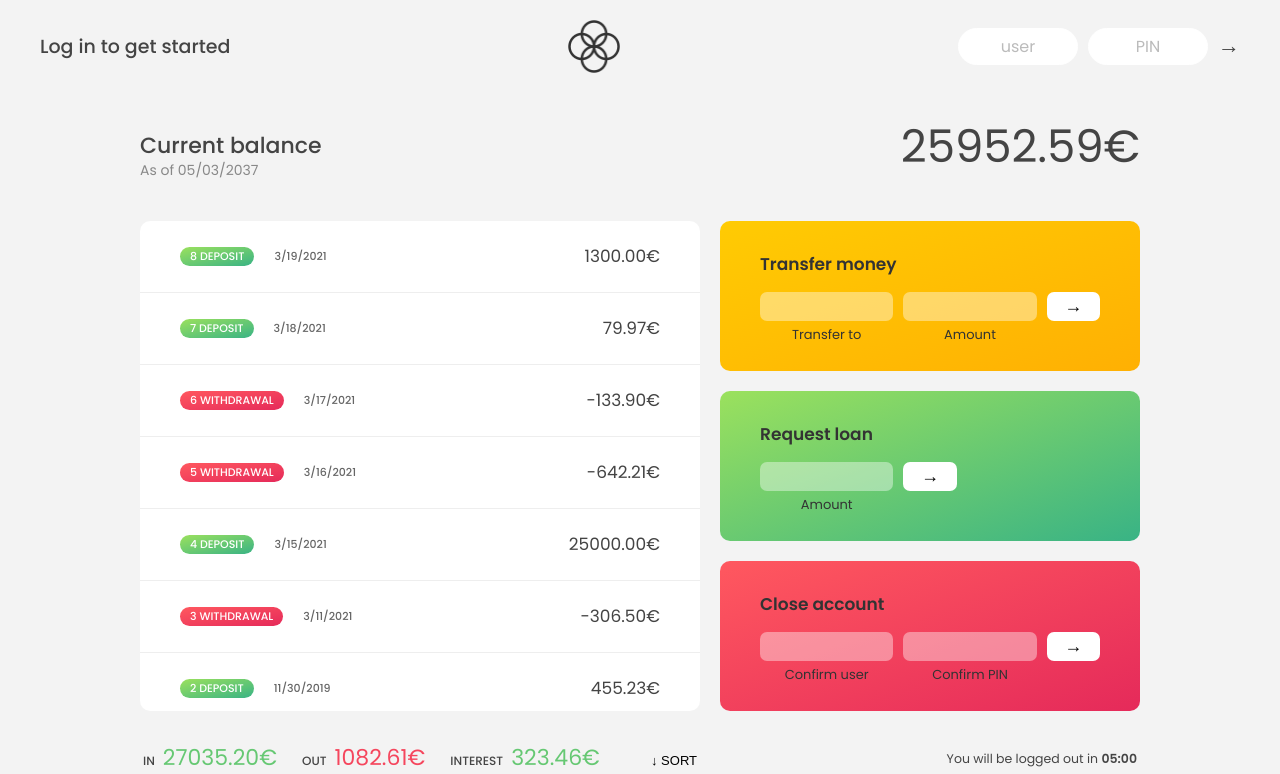
Repository: Samkiroko/Dateas-Number-Timers
Page: starter/index.html
These files come from the project's save history. The page is drawn as it stood at one moment and after the next save; the edit follows.
The browser window is 1280 px wide. The pictures show the whole page.
An inner scrolling area shows only its first screen.

Above is the page before, as saved 2021-03-20 11:31:20.

After the next save:
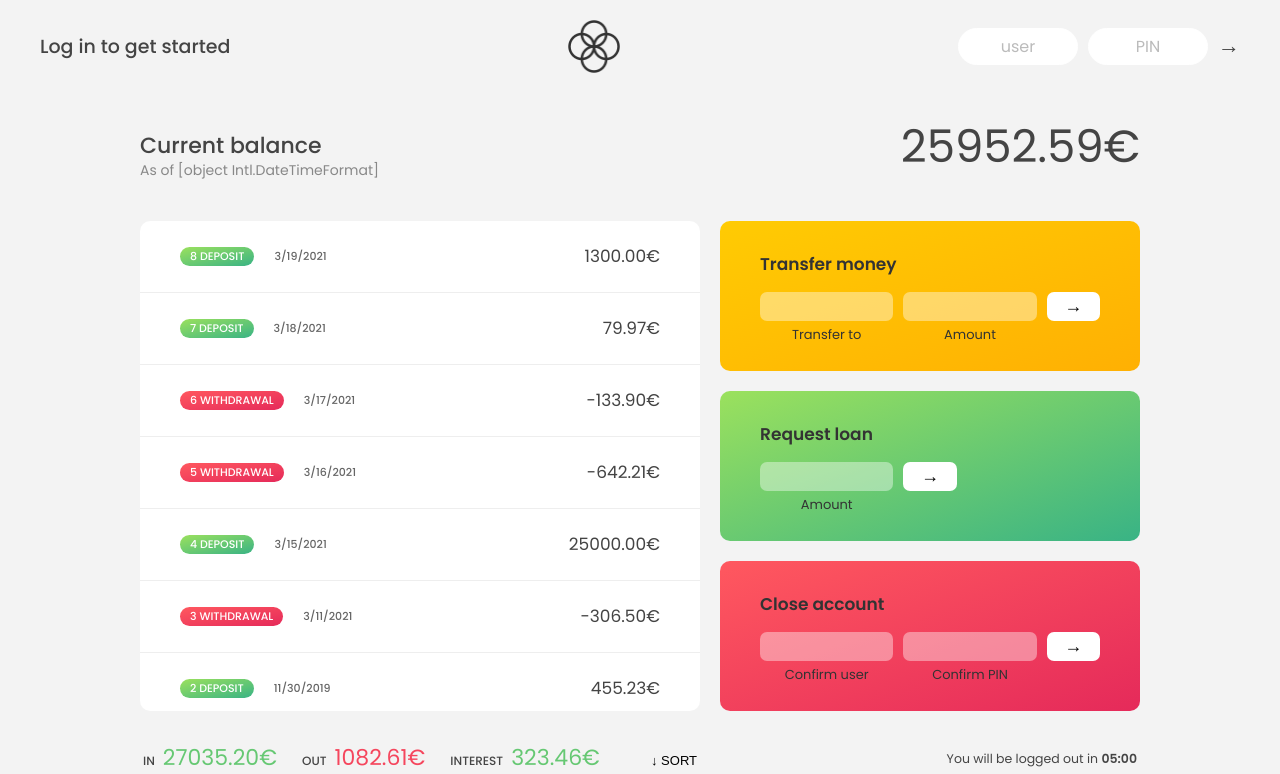
Saved 81 s later.
--- a/starter/script.js
+++ b/starter/script.js
@@ -185,6 +185,7 @@
 
 // experimenting with API
 const now = new Date();
+labelDate.textContent = new Intl.DateTimeFormat('en-US');
 
 btnLogin.addEventListener('click', function (e) {
   // Prevent form from submitting
